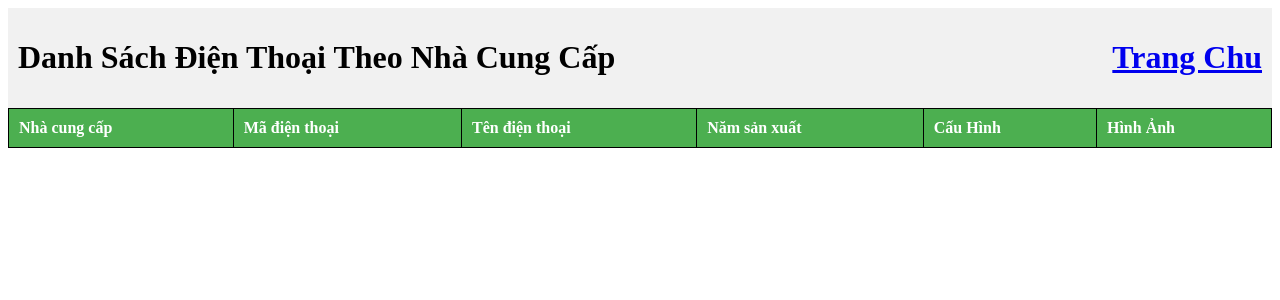
Repository: ducvu2414/WWW_OnGK
Page: http://localhost/Bai1/DanhSachDienThoaiNCC
These files come from the project's save history. The page is drawn as it stood at one moment and after a run of saves; the edit follows.
The browser window is 1280 px wide. The pictures show the whole page.
The page is served by Tomcat 10. Other server files are loaded and not shown. Queries for data that is not in the repository find no rows.

Above is the page before, as saved 2024-10-05 05:44:17.

### Bai1/src/main/webapp/DanhSachDienThoaiNCC.jsp
<%@ page contentType="text/html;charset=UTF-8" language="java"%>
<%@ taglib uri="http://java.sun.com/jsp/jstl/core" prefix="c"%>
<%@ page import="java.util.List"%>
<%@ page import="entities.NhaCungCap"%>
<%@ page import="entities.DienThoai"%>

<html>
<head>
<title>Danh Sách Điện Thoại Nhà Cung Cấp</title>
<style type="text/css">
table {
	border-collapse: collapse;
	width: 100%;
}

table, th, td {
	border: 1px solid black;
}

th, td {
	padding: 10px;
	text-align: left;
}

th {
	background-color: #4CAF50;
	color: white;
}

#header {
	background-color: #f1f1f1;
	text-align: center;
	padding: 10px;
	display: flex;
	flex-direction: row;
	justify-content: space-between;
	align-items: center;
}
</style>
</head>
<body>
	<div id="header">
		<h1>Danh Sách Điện Thoại Theo Nhà Cung Cấp</h1>

		<h1>
			<a href="${pageContext.request.contextPath}">Trang Chu</a>
		</h1>
	</div>


	<table border="1">
		<thead>
			<tr>
				<th>Nhà cung cấp</th>
				<th>Mã điện thoại</th>
				<th>Tên điện thoại</th>
				<th>Năm sản xuất</th>
				<th>Cấu Hình</th>
				<th>Hình Ảnh</th>
			</tr>
		</thead>

		<tbody>
			<c:forEach var="dt" items="${nhaCungCapDienThoais}">
				<tr>
					<td>${dt.nhaCungCap.id}</td>
					<td>${dt.id}</td>
					<td>${dt.tenDT}</td>
					<td>${dt.namSanXuat}</td>
					<td>${dt.cauHinh}</td>
					<td><img
						src="${pageContext.request.contextPath}/resources/images/${dt.hinhAnh}"
						alt="news" /></td>
				</tr>
			</c:forEach>
		</tbody>
	</table>
</body>
</html>

### Bai1/src/main/java/controller/DanhSachDienThoaiNCCServlet.java
package controller;

import jakarta.annotation.Resource;
import jakarta.servlet.ServletConfig;
import jakarta.servlet.ServletException;
import jakarta.servlet.annotation.WebServlet;
import jakarta.servlet.http.HttpServlet;
import jakarta.servlet.http.HttpServletRequest;
import jakarta.servlet.http.HttpServletResponse;
import java.io.IOException;
import java.util.List;
import java.util.Map;

import javax.sql.DataSource;

import dao.DienThoaiDAO;
import dao.NhaCungCapDAO;
import daoImpl.DienThoaiDAOImpl;
import daoImpl.NhaCungCapDAOImpl;
import entities.DienThoai;
import entities.NhaCungCap;

/**
 * Servlet implementation class DanhSachDienThoaiNCCServlet
 */
public class DanhSachDienThoaiNCCServlet extends HttpServlet {
	private static final long serialVersionUID = 1L;

	@Resource(name = "jdbc/quanlydienthoai")
	private DataSource dataSource;
	private DienThoaiDAO dienThoaiDAO;
	private NhaCungCapDAO nhaCungCapDAO;

	/**
	 * @see HttpServlet#HttpServlet()
	 */
	public DanhSachDienThoaiNCCServlet() {
		super();
		// TODO Auto-generated constructor stub
	}

	@Override
	public void init(ServletConfig config) throws ServletException {
		// TODO Auto-generated method stub
		super.init(config);
		dienThoaiDAO = new DienThoaiDAOImpl(this.dataSource);
		nhaCungCapDAO = new NhaCungCapDAOImpl(this.dataSource);
	}

	/**
	 * @see HttpServlet#doGet(HttpServletRequest request, HttpServletResponse
	 *      response)
	 */
	protected void doGet(HttpServletRequest request, HttpServletResponse response)
			throws ServletException, IOException {
		DienThoaiDAO dienThoaiDAO = new DienThoaiDAOImpl(dataSource);
		List<DienThoai> nhaCungCapDienThoais = dienThoaiDAO.getTatCaDienThoaiNhomTheoNhaCungCap();

		nhaCungCapDienThoais.forEach(dt -> {
			System.out.println(dt.toString());
		});
		request.setAttribute("nhaCungCapDienThoais", nhaCungCapDienThoais);
		request.getRequestDispatcher("/DanhSachDienThoaiNCC.jsp").forward(request, response);
	}

	/**
	 * @see HttpServlet#doPost(HttpServletRequest request, HttpServletResponse
	 *      response)
	 */
	protected void doPost(HttpServletRequest request, HttpServletResponse response)
			throws ServletException, IOException {
		// TODO Auto-generated method stub
		doGet(request, response);
	}

}

### Bai1/src/main/java/daoImpl/DienThoaiDAOImpl.java
package daoImpl;

import java.sql.Connection;
import java.sql.PreparedStatement;
import java.sql.ResultSet;
import java.util.ArrayList;
import java.util.HashMap;
import java.util.List;
import java.util.Map;
import java.util.Optional;

import javax.sql.DataSource;

import dao.DienThoaiDAO;
import dao.NhaCungCapDAO;
import entities.DienThoai;
import entities.NhaCungCap;

public class DienThoaiDAOImpl implements DienThoaiDAO {
	private DataSource dataSource;
	private NhaCungCapDAO nhaCungCapDAO;

	public DienThoaiDAOImpl(DataSource dataSource) {
		super();
		this.dataSource = dataSource;
		nhaCungCapDAO = new NhaCungCapDAOImpl(this.dataSource);
	}

	@Override
	public boolean addDienThoai(DienThoai dt) {
		String sql = "INSERT INTO DIENTHOAI (TENDT, NAMSANXUAT, CAUHINH, MANCC, HINHANH) VALUES (?, ?, ?, ?, ?)";
		try (Connection con = this.dataSource.getConnection(); PreparedStatement ps = con.prepareStatement(sql)) {
			ps.setString(1, dt.getTenDT());
			ps.setInt(2, dt.getNamSanXuat());
			ps.setString(3, dt.getCauHinh());
			ps.setInt(4, dt.getNhaCungCap().getId());
			ps.setString(5, dt.getHinhAnh());

			int rowsInserted = ps.executeUpdate();
			return rowsInserted > 0;
		} catch (Exception e) {
			e.printStackTrace();
			return false;
		}
	}

	@Override
	public boolean updateDienThoai(DienThoai dt) {
		String sql = "UPDATE DIENTHOAI SET TENDT=?, NAMSANXUAT=?, CAUHINH=?, MANCC=?, HINHANH=? WHERE MADT=?";
		try (Connection con = this.dataSource.getConnection(); PreparedStatement ps = con.prepareStatement(sql)) {
			ps.setString(1, dt.getTenDT());
			ps.setInt(2, dt.getNamSanXuat());
			ps.setString(3, dt.getCauHinh());
			ps.setInt(4, dt.getNhaCungCap().getId());
			ps.setString(5, dt.getHinhAnh());
			ps.setLong(6, dt.getId());

			int rowsUpdated = ps.executeUpdate();
			return rowsUpdated > 0;
		} catch (Exception e) {
			e.printStackTrace();
			return false;
		}
	}

	@Override
	public boolean deleteDienThoai(long maDienThoai) {
		String sql = "DELETE FROM DIENTHOAI WHERE MADT=?";
		try (Connection con = this.dataSource.getConnection(); PreparedStatement ps = con.prepareStatement(sql)) {
			ps.setLong(1, maDienThoai);

			int rowsDeleted = ps.executeUpdate();
			return rowsDeleted > 0;
		} catch (Exception e) {
			e.printStackTrace();
			return false;
		}
	}

	@Override
	public Optional<DienThoai> getDienThoai(long maDienThoai) {
		String sql = "SELECT * FROM DIENTHOAI WHERE MADT=?";
		try (Connection con = this.dataSource.getConnection(); PreparedStatement ps = con.prepareStatement(sql)) {
			ps.setLong(1, maDienThoai);
			try (ResultSet rs = ps.executeQuery()) {
				if (rs.next()) {
					DienThoai dienThoai = new DienThoai();
					dienThoai.setId(rs.getLong("MADT"));
					dienThoai.setTenDT(rs.getString("TENDT"));
					dienThoai.setNamSanXuat(rs.getInt("NAMSANXUAT"));
					dienThoai.setCauHinh(rs.getString("CAUHINH"));

					int maNCC = rs.getInt("MANCC");
					NhaCungCap nhaCungCap = nhaCungCapDAO.getNhaCungCap(maNCC).get();
					dienThoai.setNhaCungCap(nhaCungCap);
					dienThoai.setHinhAnh(rs.getString("HINHANH"));
					return Optional.of(dienThoai);
				}
			}
		} catch (Exception e) {
			e.printStackTrace();
		}
		return Optional.empty();
	}

	@Override
	public List<DienThoai> getAllDienThoai() {
		String sql = "SELECT * FROM DIENTHOAI";
		List<DienThoai> dienThoais = new ArrayList<>();
		try (Connection con = this.dataSource.getConnection();
				PreparedStatement ps = con.prepareStatement(sql);
				ResultSet rs = ps.executeQuery()) {
			while (rs.next()) {
				DienThoai dienThoai = new DienThoai();
				dienThoai.setId(rs.getLong("MADT"));
				dienThoai.setTenDT(rs.getString("TENDT"));
				dienThoai.setNamSanXuat(rs.getInt("NAMSANXUAT"));
				dienThoai.setCauHinh(rs.getString("CAUHINH"));
				int maNCC = rs.getInt("MANCC");
				NhaCungCap nhaCungCap = nhaCungCapDAO.getNhaCungCap(maNCC).get();
				dienThoai.setNhaCungCap(nhaCungCap);
				dienThoai.setHinhAnh(rs.getString("HINHANH"));
				dienThoais.add(dienThoai);
			}
		} catch (Exception e) {
			e.printStackTrace();
		}
		return dienThoais;
	}

	@Override
	public List<DienThoai> getDienThoaiByMaNhaCungCap(int maNhaCungCap) {
		String sql = "SELECT * FROM DIENTHOAI WHERE MANCC=?  GROUP BY MANCC;" + "";
		List<DienThoai> dienThoais = new ArrayList<>();
		try (Connection con = this.dataSource.getConnection(); PreparedStatement ps = con.prepareStatement(sql)) {
			ps.setInt(1, maNhaCungCap);
			try (ResultSet rs = ps.executeQuery()) {
				while (rs.next()) {
					DienThoai dienThoai = new DienThoai();
					dienThoai.setId(rs.getLong("MADT"));
					dienThoai.setTenDT(rs.getString("TENDT"));
					dienThoai.setNamSanXuat(rs.getInt("NAMSANXUAT"));
					dienThoai.setCauHinh(rs.getString("CAUHINH"));
					int maNCC = rs.getInt("MANCC");
					NhaCungCap nhaCungCap = nhaCungCapDAO.getNhaCungCap(maNCC).get();
					dienThoai.setNhaCungCap(nhaCungCap);
					dienThoai.setHinhAnh(rs.getString("HINHANH"));
					dienThoais.add(dienThoai);
				}
			}
		} catch (Exception e) {
			e.printStackTrace();
		}
		return dienThoais;
	}

	@Override
	public List<DienThoai> getTatCaDienThoaiNhomTheoNhaCungCap() {
		String sql = "SELECT dt.MANCC,dt.MADT, dt.TENDT,dt.NAMSANXUAT,dt.CAUHINH,dt.HINHANH FROM dienthoai dt Order By MANCC";
		List<DienThoai> dienThoais = new ArrayList<>();
		try (Connection con = this.dataSource.getConnection();
				PreparedStatement ps = con.prepareStatement(sql);
				ResultSet rs = ps.executeQuery()) {
			while (rs.next()) {
				DienThoai dienThoai = new DienThoai();
				dienThoai.setId(rs.getLong("MADT"));
				dienThoai.setTenDT(rs.getString("TENDT"));
				dienThoai.setNamSanXuat(rs.getInt("NAMSANXUAT"));
				dienThoai.setCauHinh(rs.getString("CAUHINH"));
				int maNCC = rs.getInt("MANCC");
				NhaCungCap nhaCungCap = nhaCungCapDAO.getNhaCungCap(maNCC).get();
				dienThoai.setNhaCungCap(nhaCungCap);
				dienThoai.setHinhAnh(rs.getString("HINHANH"));
				dienThoais.add(dienThoai);
			}

		} catch (Exception e) {
			// TODO: handle exception
			e.printStackTrace();
		}
		return dienThoais;
	}

}

### Bai1/src/main/java/daoImpl/NhaCungCapDAOImpl.java
package daoImpl;

import java.sql.Connection;
import java.sql.PreparedStatement;
import java.sql.ResultSet;
import java.util.ArrayList;
import java.util.List;
import java.util.Optional;

import javax.sql.DataSource;

import dao.NhaCungCapDAO;
import entities.NhaCungCap;

public class NhaCungCapDAOImpl implements NhaCungCapDAO {

	private DataSource dataSource;

	public NhaCungCapDAOImpl(DataSource dataSource) {
		super();
		this.dataSource = dataSource;
	}

	@Override
	public List<NhaCungCap> getAllNhaCungCap() {

		// TODO Auto-generated method stub
		String sql = "Select * from NhaCungCap";
		List<NhaCungCap> nhaCungCaps = new ArrayList<NhaCungCap>();
		try (Connection con = this.dataSource.getConnection();
				PreparedStatement ps = (PreparedStatement) con.prepareStatement(sql);
				ResultSet rs = ps.executeQuery();) {
			while (rs.next()) {
				NhaCungCap nhaCungCap = new NhaCungCap();

				int maNhaCungCap = rs.getInt("MANCC");
				String tenNhaCungCap = rs.getString("TENNHACC");
				String diaChi = rs.getString("DIACHI");
				String soDienThoai = rs.getString("SODIENTHOAI");
				nhaCungCap.setDiaChi(diaChi);
				nhaCungCap.setId(maNhaCungCap);
				nhaCungCap.setSoDienThoai(soDienThoai);
				nhaCungCap.setTenNhaCC(tenNhaCungCap);
				nhaCungCaps.add(nhaCungCap);
			}
		} catch (Exception e) {
			// TODO: handle exception
			e.printStackTrace();
		}
		return nhaCungCaps;
	}

	@Override
	public Optional<NhaCungCap> getNhaCungCap(int maNhaCungCap) {
		// TODO Auto-generated method stub
		String sql = "Select * from NhaCungCap where MANCC=?";

		try (Connection con = this.dataSource.getConnection();
				PreparedStatement ps = (PreparedStatement) con.prepareStatement(sql);) {
			ps.setInt(1, maNhaCungCap);
			try (ResultSet rs = ps.executeQuery();) {
				if (rs.next()) {
					NhaCungCap nhaCungCap = new NhaCungCap();
					String tenNhaCungCap = rs.getString("TENNHACC");
					String diaChi = rs.getString("DIACHI");
					String soDienThoai = rs.getString("SODIENTHOAI");
					nhaCungCap.setDiaChi(diaChi);
					nhaCungCap.setId(maNhaCungCap);
					nhaCungCap.setSoDienThoai(soDienThoai);
					nhaCungCap.setTenNhaCC(tenNhaCungCap);
					return Optional.of(nhaCungCap);
				}
			}
		} catch (Exception e) {
			// TODO: handle exception
			e.printStackTrace();
		}
		return Optional.empty();
	}

	@Override
	public boolean addNhaCungCap(NhaCungCap nhaCungCap) {
		String sql = "INSERT INTO NhaCungCap (MANCC,TENNHACC, DIACHI, SODIENTHOAI) VALUES (?,?, ?, ?)";
		try (Connection con = this.dataSource.getConnection(); PreparedStatement ps = con.prepareStatement(sql)) {
			ps.setInt(1, nhaCungCap.getId());
			ps.setString(2, nhaCungCap.getTenNhaCC());
			ps.setString(3, nhaCungCap.getDiaChi());
			ps.setString(4, nhaCungCap.getSoDienThoai());

			int rowsInserted = ps.executeUpdate();
			return rowsInserted > 0;
		} catch (Exception e) {
			e.printStackTrace();
			return false;
		}
	}

	@Override
	public boolean updateNhaCungCap(NhaCungCap nhaCungCap) {
		String sql = "UPDATE NhaCungCap SET TENNHACC=?, DIACHI=?, SODIENTHOAI=? WHERE MANCC=?";
		try (Connection con = this.dataSource.getConnection(); PreparedStatement ps = con.prepareStatement(sql)) {

			ps.setString(1, nhaCungCap.getTenNhaCC());
			ps.setString(2, nhaCungCap.getDiaChi());
			ps.setString(3, nhaCungCap.getSoDienThoai());
			ps.setInt(4, nhaCungCap.getId());

			int rowsUpdated = ps.executeUpdate();
			return rowsUpdated > 0;
		} catch (Exception e) {
			e.printStackTrace();
			return false;
		}
	}

	@Override
	public boolean deleteNhaCungCap(int maNhaCungCap) {
		String sql = "DELETE FROM NhaCungCap WHERE MANCC=?";
		try (Connection con = this.dataSource.getConnection(); PreparedStatement ps = con.prepareStatement(sql)) {

			ps.setLong(1, maNhaCungCap);

			int rowsDeleted = ps.executeUpdate();
			return rowsDeleted > 0;
		} catch (Exception e) {
			e.printStackTrace();
			return false;
		}
	}

	@Override
	public List<NhaCungCap> getNhaCungCap(String searchTerm) {
		String sql = "SELECT * FROM NhaCungCap WHERE MANCC = ? OR TENNHACC LIKE ? OR DIACHI LIKE ? OR SODIENTHOAI LIKE ?";
		List<NhaCungCap> nhaCungCaps = new ArrayList<>();

		try (Connection con = this.dataSource.getConnection(); PreparedStatement ps = con.prepareStatement(sql)) {

			if (searchTerm.matches("\\d+")) {
				ps.setInt(1, Integer.parseInt(searchTerm));
			} else {
				ps.setNull(1, java.sql.Types.INTEGER);
			}

			String likePattern = "%" + searchTerm + "%";
			ps.setString(2, likePattern);
			ps.setString(3, likePattern);
			ps.setString(4, likePattern);

			try (ResultSet rs = ps.executeQuery()) {
				while (rs.next()) {
					NhaCungCap nhaCungCap = new NhaCungCap();
					nhaCungCap.setId(rs.getInt("MANCC"));
					nhaCungCap.setTenNhaCC(rs.getString("TENNHACC"));
					nhaCungCap.setDiaChi(rs.getString("DIACHI"));
					nhaCungCap.setSoDienThoai(rs.getString("SODIENTHOAI"));
					nhaCungCaps.add(nhaCungCap);
				}
			}
		} catch (Exception e) {
			e.printStackTrace();
		}
		return nhaCungCaps;
	}

}

After the next 2 saves:
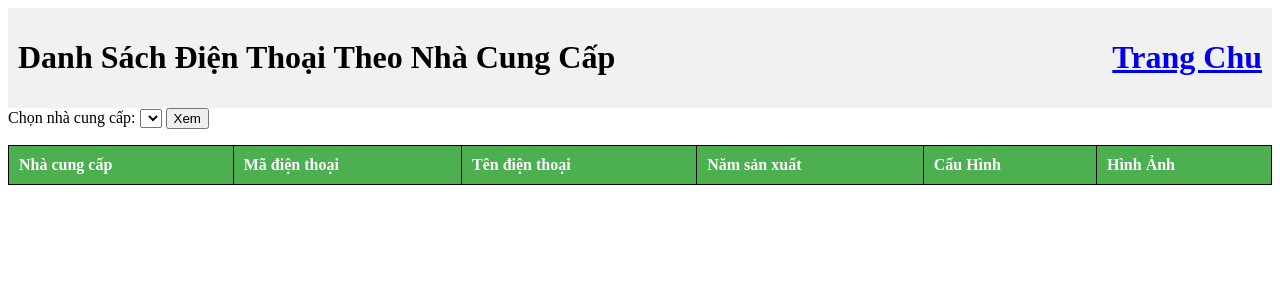
The 2 saves are shown as one change because they came seconds apart.
The last was saved 32 s later.
--- a/Bai1/src/main/webapp/DanhSachDienThoaiNCC.jsp
+++ b/Bai1/src/main/webapp/DanhSachDienThoaiNCC.jsp
@@ -47,6 +47,19 @@ th {
 		</h1>
 	</div>
 
+	<div>
+		<form
+			action="${pageContext.request.contextPath}/DanhSachDienThoaiNCCServlet"
+			method="GET">
+			<label for="nhaCungCap">Chọn nhà cung cấp:</label> <select
+				name="nhaCungCap">
+				<c:forEach var="ncc" items="${nhaCungCaps}">
+					<option value="${ncc.id}">${ncc.tenNCC}</option>
+				</c:forEach>
+			</select>
+			<button type="submit">Xem</button>
+		</form>
+	</div>
 
 	<table border="1">
 		<thead>
